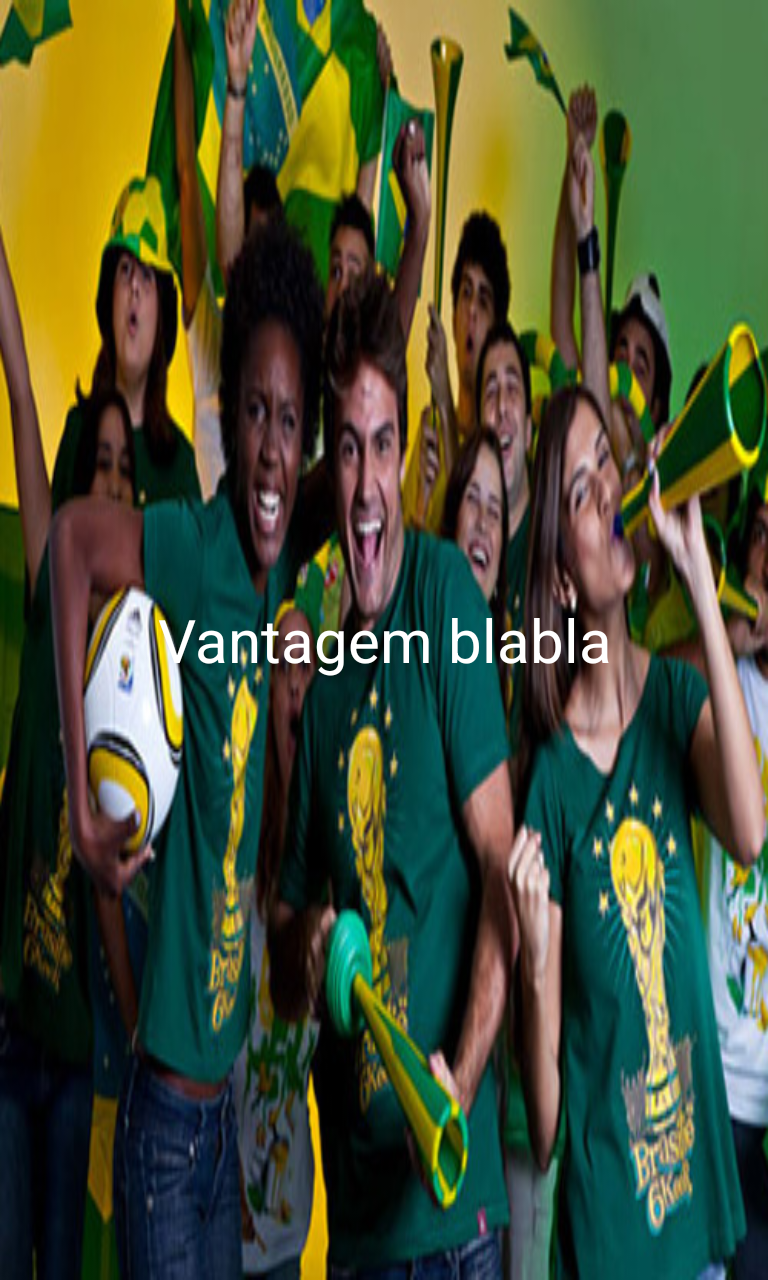
Repository: wellingtondessuy/AppLearning
Layout: HappyApp/res/layout/fragment_3.xml
These files come from the project's save history. The layout is drawn as it stood at one moment and after the next save; the edit follows.
It is drawn on a 768 x 1280 px phone screen (xhdpi) without system bars, with theme AppTheme; the app's code is not run.

Above is the layout before, as saved 2015-05-22 14:32:42.

After the next save:
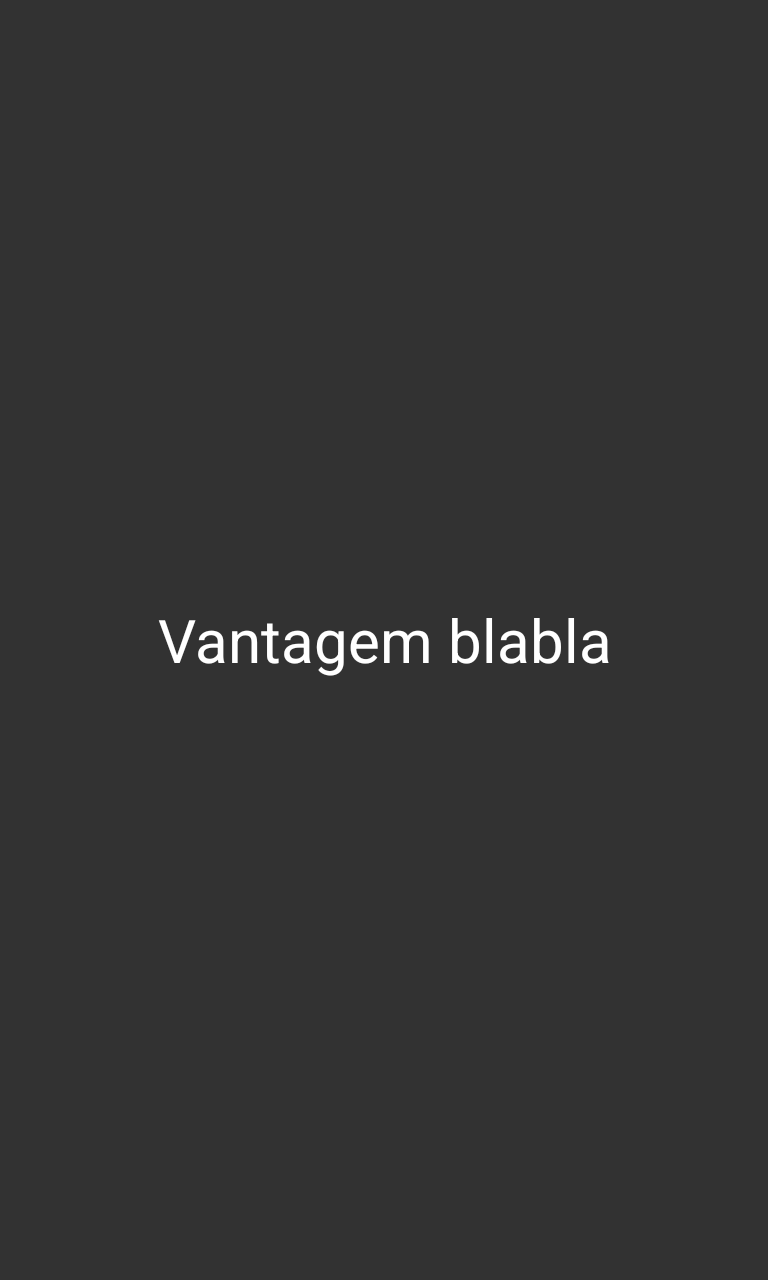
Saved 3 s later.
--- a/HappyApp/res/layout/fragment_3.xml
+++ b/HappyApp/res/layout/fragment_3.xml
@@ -2,7 +2,7 @@
     xmlns:tools="http://schemas.android.com/tools"
     android:layout_width="match_parent"
     android:layout_height="match_parent"
-    android:background="@drawable/back_3"
+    android:background="#CC000000"
     tools:context="com.example.happyapp.MainActivity$PlaceholderFragment" >
 
     <TextView
